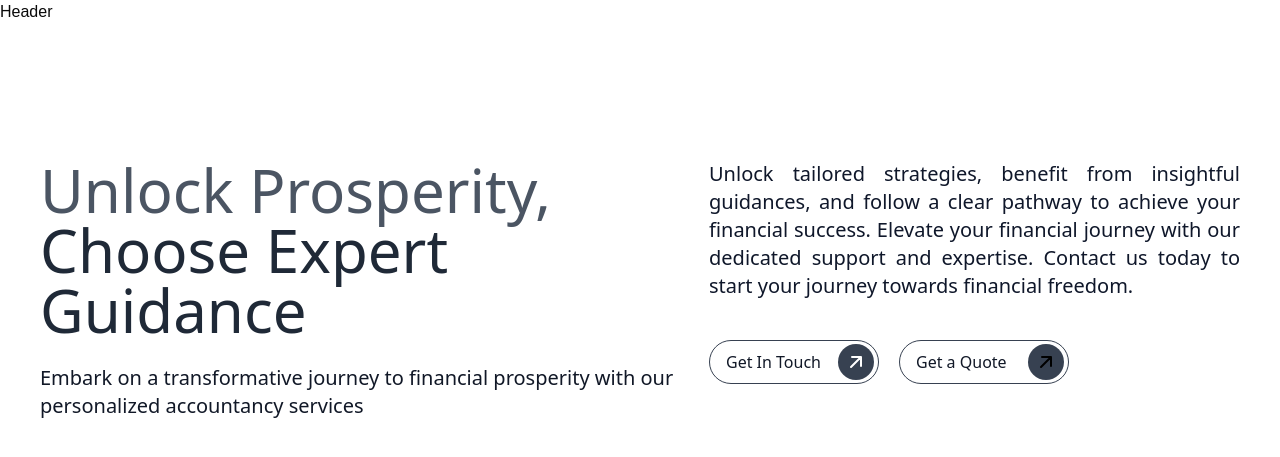
Repository: vespersolutionspk18/integrast-website
Page: /
These files come from the project's save history. The page is drawn as it stood at one moment and after the next save; the edit follows.
The browser window is 1280 px wide. The pictures show the whole page.
The project was rebuilt for these pictures with package versions that can differ from the ones it lists, and the page was loaded fresh each time. The framework's server and built-in components were replaced by stand-ins that run in the browser. Also part of the build but not shown: next.config.ts.

Above is the page before, as saved 2024-12-09 15:00:45.

After the next save:
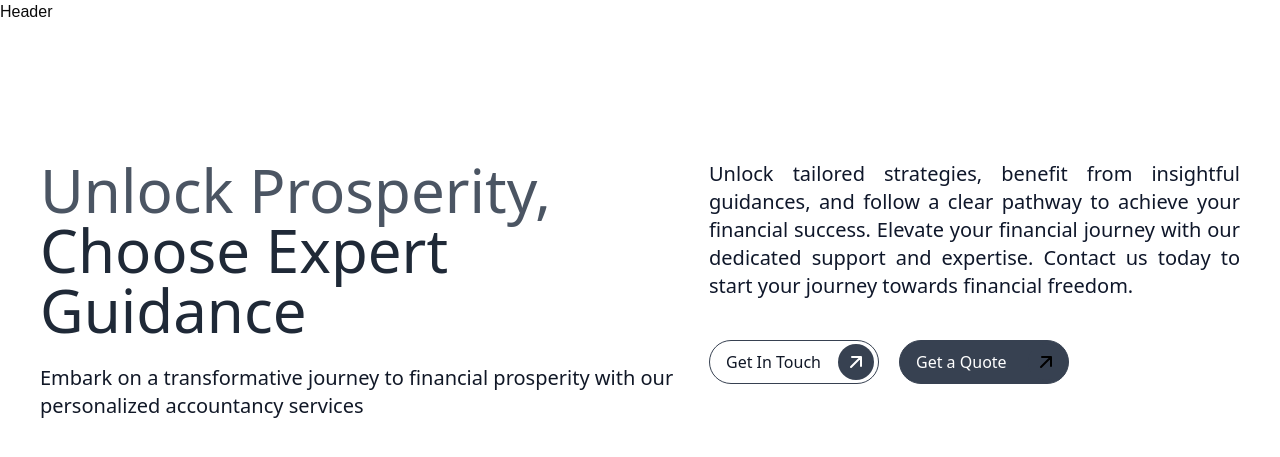
Saved 17 s later.
--- a/app/Hero.tsx
+++ b/app/Hero.tsx
@@ -25,7 +25,7 @@ const Hero = () => {
                 </div>
                 <div>
                 <div id="button"
-  className="group  bg-white h-[44px] flex-row border-[1px] border-gray-700 text-gray-900 text-[16px] py-1 px-1 font-light rounded-full hidden md:flex items-center justify-between w-[170px] transition-width duration-500 ease-in-out  hover:w-[195px] hover:bg-gray-700 hover:border-gray-700 hover:text-white "
+  className="group  bg-gray-700 h-[44px] flex-row border-[1px] border-gray-700 text-white text-[16px] py-1 px-1 font-light rounded-full hidden md:flex items-center justify-between w-[170px] transition-width duration-500 ease-in-out  hover:w-[195px] hover:bg-gray-700 hover:border-gray-700 hover:text-white "
 
 >
   <div className="mx-3 font-sans font-regular">Get a Quote</div>
